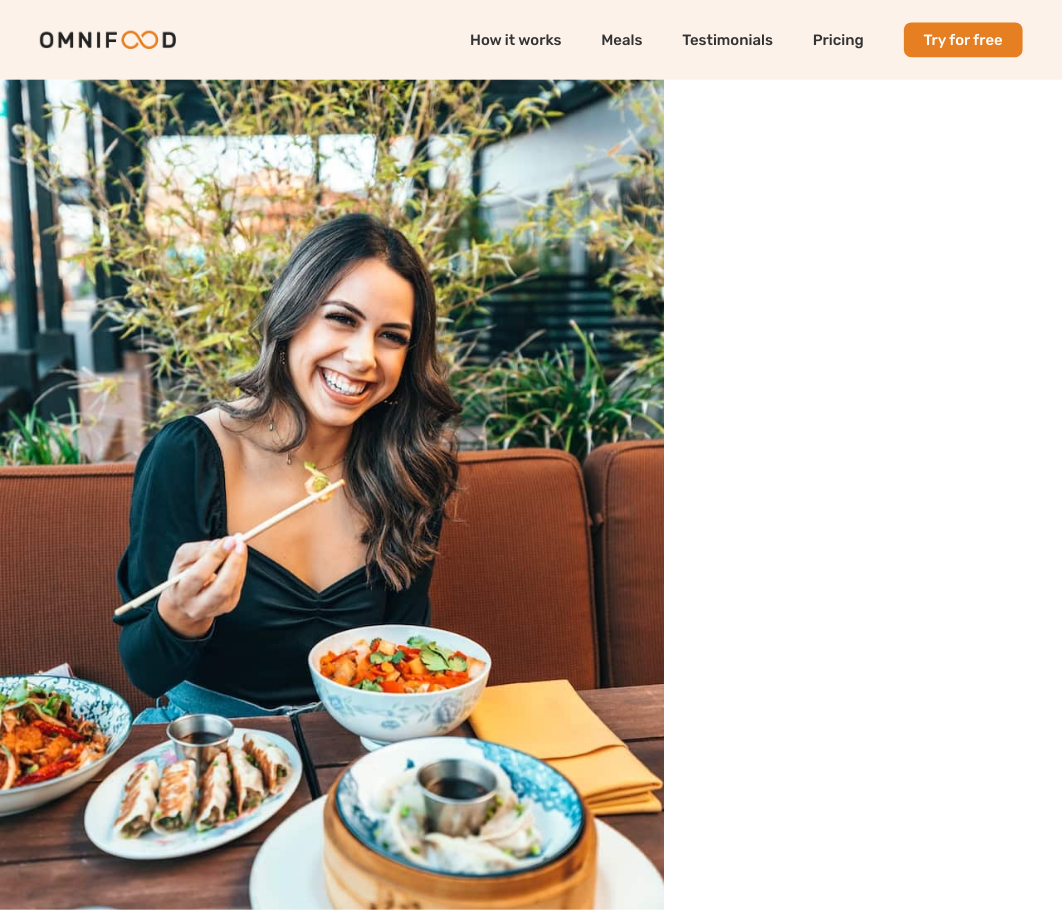
Repository: longvuht/omnifood-vu-nl
Page: index.html
The author's editor kept a copy of each file at every save. The page is drawn from the files as they stood at one save, then again after the next save.
The browser window is 1280 px wide. The pictures show the whole page, at 83% of full size.
The style sheet was rebuilt from its Sass, Less or Tailwind sources for each picture, by a compiler version that may differ from the author's.

Above is the page before, as saved 2022-09-18 17:30:13.

After the next save:
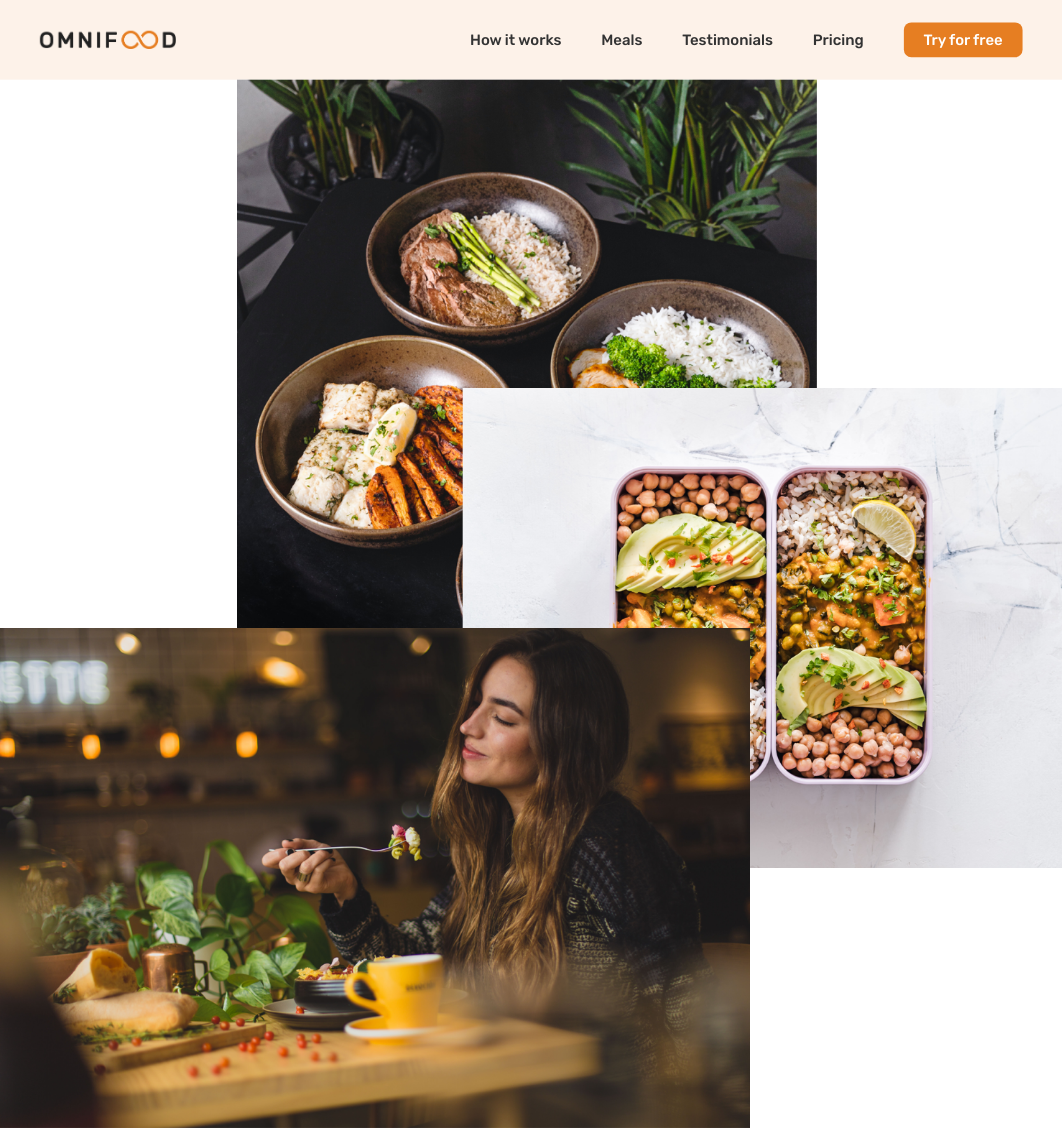
Saved 95 s later.
--- a/index.html
+++ b/index.html
@@ -49,7 +49,10 @@
         <div class="hero__container">
           <div class="hero__info"></div>
           <div class="hero__image">
-            <img src="./image/eating.jpg" alt="eating image" />
+            <img
+              src="./image/hero.png"
+              alt="woman enjoying food, meals in strorage container, and food bowls on a table"
+            />
           </div>
         </div>
       </section>
